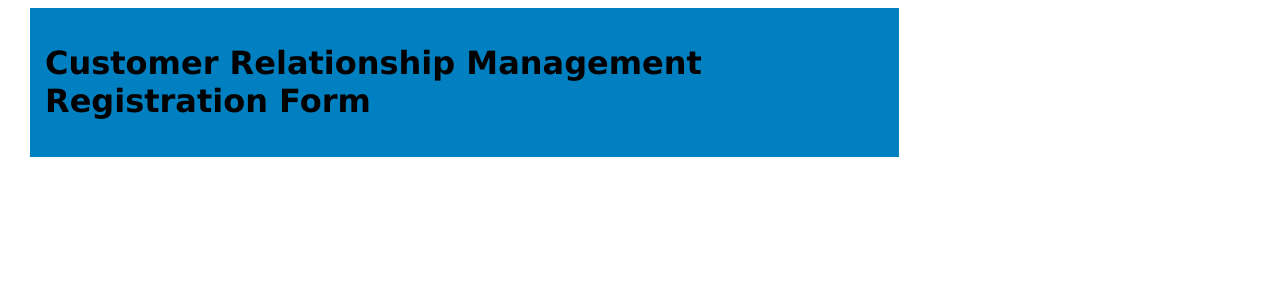
Repository: naveenudutha/Spring-MVC
Page: http://localhost/SpringCRMApplication/views/showform.jsp
The author's editor kept a copy of each file at every save. The page is drawn from the files as they stood at one save, then again after the next save.
The browser window is 1280 px wide. The pictures show the whole page.
The page is served by Tomcat 9. Other server files are loaded and not shown.

Above is the page before, as saved 2024-02-02 19:25:49.

### SpringCRMApplication/src/main/webapp/views/showform.jsp
<%@ page language="java" contentType="text/html; charset=ISO-8859-1"
    pageEncoding="ISO-8859-1"%>
    <%@ taglib prefix="form" uri="http://www.springframework.org/tags/form" %>
<!DOCTYPE html>
<html>
<head>
<meta charset="ISO-8859-1">
<title>CRM Registraion Form</title>
<link type=text/css rel="stylesheet" href="./css/style.css">
<link type=text/css rel="stylesheet" href="./css/add-customer-style.css">
</head>
<body>

	<div id="wrapper">
		<div id="header">
				<h1> Customer Relationship Management Registration Form</h1>

		</div>
	</div>


</body>
</html>

### SpringCRMApplication/src/main/resources/static/css/style.css
html, body{
	margin-left:15px; margin-right:15px;
	padding:0px;
	font-family:Verdana, Arial, Helvetica, sans-serif;
}

table {
	border-collapse:collapse;
	border-bottom:1px solid gray;
	font-family: Tahoma,Verdana,Segoe,sans-serif;
	width:72%;
}

th {
	border-bottom:1px solid gray;
	background:none repeat scroll 0 0 rgb(0, 128, 128);
	padding:10px;
	color: #FFFFFF;
}

tr {
	border-top:1px solid gray;
	text-align:center;
}

tr:nth-child(even) {background: #FFFFFF}
tr:nth-child(odd) {background: #BBBBBB}

#wrapper {width: 100%; margin-top: 0px; }
#header {width: 70%; background: rgb(0, 128, 192); margin-top: 0px; padding:15px 0px 15px 15px;}
#header h2 {width: 100%; margin:auto; color: #FFFFFF;}
#container {width: 100%; margin:auto}
#container h3 {color: #000;}
#container #content {margin-top: 20px;}

.add-button {
	border: 1px solid #666;
	border-radius: 5px;
	padding: 4px;
	font-size: 12px;
	font-weight: bold;
	width: 120px;
	padding: 5px 10px;

	margin-bottom: 15px;
	background: #cccccc;
}

Loaded but not shown: SpringCRMApplication/src/main/resources/static/css/add-customer-style.css (common file)

After the next save:
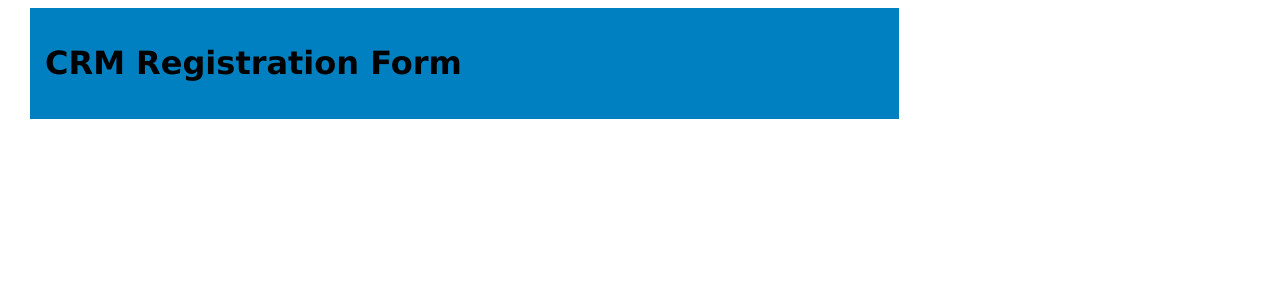
Saved 16 s later.
--- a/SpringCRMApplication/src/main/webapp/views/showform.jsp
+++ b/SpringCRMApplication/src/main/webapp/views/showform.jsp
@@ -13,7 +13,7 @@
 
 	<div id="wrapper">
 		<div id="header">
-				<h1> Customer Relationship Management Registration Form</h1>
+				<h1> CRM Registration Form</h1>
 
 		</div>
 	</div>
